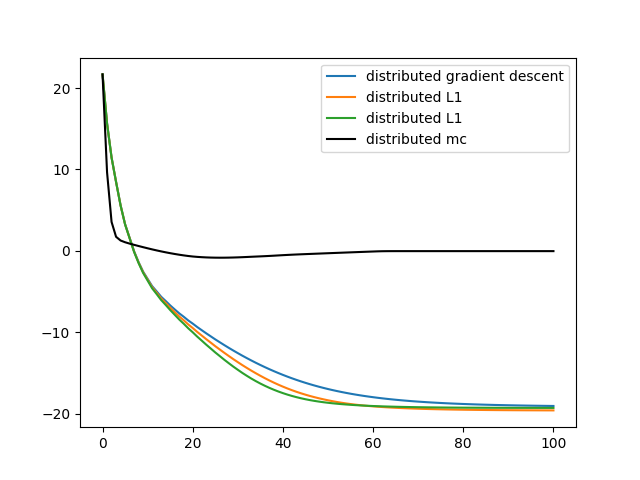
Repository: komuro-zero/distributed-optimization
Script's output: python main_weakly_sparse.py
These files come from the project's save history. The script's output is drawn as it stood at one moment and after the next save; the edit follows.
Random numbers start from a fixed seed.

Above is the script's output before, as saved 2019-09-27 09:50:28.

### main_weakly_sparse.py
import numpy as np
import matplotlib.pyplot as plt
from numpy.random import *
from modules.distributed_functions_wj import functions


np.random.seed(0)
class distributed_updates(functions):


    def __init__(self):

        self.N = 30
        self.m = 100
        self.r_i = 15
        self.iteration = 100
        self.sparsity_percentage = 0.2
        #self.lamb = 10**-3
        #self.eta = 0.2
        #self.rho = s
        #self.lamb*(10**2)
        self.lamb = 1
        self.eta = 0.003
        self.rho = self.lamb*(1**2)
        if self.lamb/self.rho <= self.eta*self.lamb:
            print("faulty rho")
            exit()

    def make_variables(self):
        """
        w_star,U_all,d_allを返㝙
        """
        how_weak = 0.1
        w = randn(self.N,1)
        w_star = self.w_star_weakly_sparse(self.N,self.sparsity_percentage,how_weak)
        U_all = randn(self.m,self.N)
        w_star_noise = w_star +randn(self.N,1)/100
        #w_star_noise = w_star_noise/np.dot(w_star_noise.T,w_star_noise)
        d_all = np.dot(U_all,w_star_noise)
        L2 = np.dot(w_star.T,w_star)

        return w,w_star,U_all,d_all,L2,w_star_noise

    def run(self):
        w,w_star,U_all,d_all,L2,w_star_noise = self.make_variables()
        c = self.undirected_graph(self.m,self.r_i)
        self.disjoint_checker(c,self.m)
        w_all = self.make_w(self.m,self.N)

        #error_cgd,wcgd = self.centralized_gradient_descent(U_all,d_all,w,w_star,L2,0.003,self.iteration)
        #error,wcl1 = self.centralized_L1(U_all,d_all,w,w_star,L2,0.003,0.003,self.iteration)
        #error,wcmc = self.centralized_mc(U_all,d_all,w,w_star,L2,self.lamb,self.eta,self.rho,self.iteration)
        #self.distributed_gradient_descent_wj(U_all,d_all,w_star,L2,self.N,self.m,self.r_i,0.25,self.iteration,c,w_all,wcgd)
        #self.distributed_L1_wj(U_all,d_all,w_star,L2,self.N,self.m,self.r_i,10**-4,0.24,self.iteration,c,w_all,wcl1)
        #self.distributed_mc_wj(U_all,d_all,w_star,L2,self.N,self.m,self.r_i,self.lamb,self.eta,self.rho,self.iteration,c,w_all,wcmc)
        self.distributed_gradient_descent(U_all,d_all,w_star,L2,self.N,self.m,self.r_i,0.17,self.iteration,c,w_all)
        self.distributed_L1(U_all,d_all,w_star,L2,self.N,self.m,self.r_i,5*10**-4,0.17,self.iteration,c,w_all)
        self.distributed_L1(U_all,d_all,w_star,L2,self.N,self.m,self.r_i,10**-3,0.17,self.iteration,c,w_all)
        self.distributed_mc(U_all,d_all,w_star,L2,self.N,self.m,self.r_i,self.lamb,self.eta,self.rho,self.iteration,c,w_all)

        #error = [cgd[-1],cl1,cmc[-1],dgd[-1],dl1[-1],dmc[-1]]
        #return error[-1]#w_star,w_star_noise,wcgd,wcl1,wcmc

"""
    #not completed
    def run_distributed(self):
        w,w_star,U_all,d_all,L2 = self.make_variables()

        lamb_l1 = 9*10**-5
        lamb_mc = 10**-3
        eta_gd = 0.1
        eta_l1 = 0.09
        eta_mc = 0.01

        self.distributed(U_all,d_all,w_star,L2,self.N,self.m,self.r_i,lamb_l1,lamb_mc,eta_gd,eta_l1,eta_mc,self.rho,self.iteration)
"""


if __name__ == "__main__":
    simulation = distributed_updates()
    cgd=cl1=cmc=dgd=dl1=dmc=[]
    for i in range(1):
        simulation.run()
        #cgd.append(error)
        """
        error = simulation.run()
        cgd.append(error[0])
        cl1.append(error[1])
        cmc.append(error[2])
        dgd.append(error[3])
        dl1.append(error[4])
        dmc.append(error[5])

        print("iteration:",i)
        """
    #times = range(len(cgd))

    #print("average:",sum(cgd)/len(cgd),"\n max:",max(cgd))
    #print("w_star:",w_star,"\nwcgd:",wcgd-w_star_noise,"\nwcl1:",wcl1-w_star_noise,"\nwcmc:",wcmc-w_star_noise)
    #plt.bar(times,cgd)
    plt.legend()
    plt.show()

### modules/distributed_functions_wj.py
#functions used in each simulations
import numpy as np
from numpy.random import *
import matplotlib.pyplot as plt

#np.random.seed(0)

class functions():
	def w_star(self,N,sparse_percentage):
		w_star = randn(N,1)     #平均は0
		before_length = len(w_star)
		after_length = before_length
		while (after_length / before_length) > sparse_percentage:
			a = randint(0,N-1)
			w_star[a] = 0
			after_length = len(np.unique(w_star))-1  #重複要素の削除
		return w_star

	def w_star_weakly_sparse(self,N,sparse_percentage,how_weak):
		w_star = randn(N,1)     #平均は0
		before_length = len(w_star)
		after_length = before_length
		while (after_length / before_length) > sparse_percentage:
			a = randint(0,N-1)
			w_star[a] = 0
			after_length = len(np.unique(w_star))-1  #重複要素の削除
		w_star_prox = np.zeros((len(w_star),1))
		for i in range(len(w_star)):
			if w_star[i] == 0:
				w_star_prox[i] = randn()
		w_star_prox = w_star_prox/np.dot(w_star_prox.T,w_star_prox)
		w_star = w_star/np.dot(w_star.T,w_star)
		w_star += how_weak*w_star_prox
		return w_star

	def w_star_weakly_sparse_sample(self,N,sparse_percentage):
		w_star = self.w_star(N,sparse_percentage)
		for i in range(len(w_star)):
			if w_star[i] == 0:
				w_star[i] = 0.0001
			else:
				w_star[i] = 1
		return w_star

	def db(self,x, y):
		db = 10 * np.log10(x / y)
		return db[0][0]

	def directed_graph(self,m,r_i):
		c = np.eye(m)
		for j in range(m):
			counter = 0
			while counter != r_i:
				random_num = np.random.randint(0,m)
				if c[j][random_num] != 1:
					c[j][random_num] = 1
					counter += 1
		return c

	def disjointed_directed_graph(self,m,r_i):
		a = [1]*r_i
		b = [0]*(m-r_i)
		a.extend(b)
		c = [1]*r_i
		d = [0]*(m-r_i)
		d.extend(c)
		aa = [a]*int(m/2)
		dd = [d]*int(m/2)
		dd.extend(aa)
		result = np.array(dd)
		for i in range(len(result)):
			result[i][i]=1
		return result

	def make_range(self,m):
		result =[]
		for i in range(m):
			result.append(i)
		return result

	def make_checklist(self,r_i,m):
		untidy_result = self.make_range(m)
		for i in range(r_i-1):
			untidy_result[0:0] = self.make_range(m)
		return sorted(untidy_result)

	def horizontal_checker(self,c,place,r_i):
		count = 0
		for row in c:
			if row[place] == 1:
				count += 1
		if count == r_i+1:
			result = False
		elif count < r_i+1:
			result = True
		else:
			print(c)
			print("faulty horizontal number")
			exit()
		return result

	def undirected_graph(self,m,r_i):
		c = np.eye(m)
		checklist = self.make_checklist(r_i,m)
		for i in range(m):
			connected = sum(x == 1 for x in c[i])
			while connected < r_i:
				select = np.random.randint(len(checklist))
				connect_node = checklist[select]
				if c[i][connect_node] != 1 and self.horizontal_checker(c,connect_node,r_i):
					c[i][connect_node] = 1
					connected += 1
					c[connect_node][i] =1
					checklist.pop(select)
		return c

	def find_ones(self,row):
		result = [i for i, element in enumerate(row) if element == 1]
		return result

	def all_connections(self,c_list):
		result = []
		for row in c_list:
			result.append(self.find_ones(row))
		return result

	def delete_self(self,all_connection):
		for i in range(len(all_connection)):
			all_connection[i].remove(i)
		return all_connection

	def disjoint_checker(self,c,m):
		c_list = c.tolist()
		all_connection = self.all_connections(c_list)
		adjacent_matrix = self.delete_self(all_connection)
		check_node = adjacent_matrix[0]
		connected_node = adjacent_matrix[0]
		last_length = len(connected_node)
		check_node_box = []
		count = 1

		flag = True
		while flag:
			for i in check_node:
				check_node_box[0:0] = (all_connection[i])
			common_part = list(set(check_node_box) & set(connected_node))
			check_node = list(set(check_node_box) - set(common_part))
			connected_node[0:0] = check_node_box
			connected_node = list(set(connected_node))
			check_node_box = []
			now_length = len(connected_node)
			if now_length == last_length:
				flag = False
			count += 1
			if count > m or len(connected_node) == m:
				flag = False
			last_length = now_length
		if len(connected_node) == m:
			print("Your graph is not disjoint")
		else:
			print("Your graph is disjoint. connected nodes:",now_length)

	def w_average(self,w_all,w_star):
		result = [0]*len(w_all[0])
		for row in w_all:
			result += row
		result = result/len(w_all)
		x = range(len(result))
		#fig = plt.figure()
		#plt.plot(x,w_star,color = "black",label = "w_star")
		#plt.plot(x,result,color = "red",label = "w_average")
		#plt.show()
		return result

	def make_w(self,m,N):
		w = randn(N,1).T
		for i in range(m-1):
			w = np.concatenate((w,randn(N,1).T))
		return w

	def centralized_gradient_descent(self,Ut,d,w,w_star,L2,eta,iteration):
		error = [self.db(np.dot((w-w_star).T,w-w_star)[0],L2)]
		times = [0]
		one_error =0
		U = Ut.T
		for i in range(iteration):
			w = w - 2*eta*(np.dot(U,(np.dot(Ut,w)-d)))
			one_error = np.dot((w-w_star).T,w-w_star)[0]
			error.append(self.db(one_error,L2))
			times.append(i+1)
		plt.plot(times,error,label = "centralized gradient descent")
		return error,w

	def centralized_L1(self,Ut,d,w,w_star,L2,lamb,eta,iteration):
		error = [self.db(np.dot((w-w_star).T,w-w_star)[0],L2)]
		times = [0]
		one_error =0
		U = Ut.T
		for i in range(iteration):
			w = w - 2*eta*(np.dot(U,(np.dot(Ut,w)-d)))
			for j in range(len(w)):
				if w[j] > 0 and lamb < abs(w[j]):
					w[j] -= lamb
				elif w[j] < 0 and lamb < abs(w[j]):
					w[j] += lamb
				else:
					w[j] = 0
			one_error = np.dot((w-w_star).T,w-w_star)[0]
			error.append(self.db(one_error,L2))
			times.append(i+1)
		exec("plt.plot(times,error,label = 'centralized_L1')")
		return error,w

	def centralized_mc(self,Ut,d,w,w_star,L2,lamb,eta,rho,iteration):
		error = [self.db(np.dot((w-w_star).T,w-w_star)[0],L2)]
		times = [0]
		one_error =0
		U = Ut.T
		for i in range(iteration):
			w = w - 2*eta*(np.dot(U,(np.dot(Ut,w)-d)))
			for j in range(len(w)):
				if abs(w[j]) < eta*lamb:
					w[j] = 0
				elif eta*lamb < abs(w[j]) and abs(w[j]) < lamb/rho:
					w[j] = w[j]*(abs(w[j])-eta*lamb)/(abs(w[j])*(1-eta*rho))
				elif lamb/rho <= abs(w[j]):
					w[j] = w[j]
				else:
					print("banana")
			one_error = np.dot((w-w_star).T,w-w_star)[0]
			error.append(self.db(one_error,L2))
			times.append(i+1)
			one_error = 0
		plt.plot(times,error,label = "centralized_mc")
		return error,w

	def one_gradient_descent(self,Ut,d,w,eta):
		U = Ut.T
		w = w - 2*eta*((U*(np.dot(Ut,w)-d)))
		return w

	def one_L1(self,Ut,d,w,lamb,eta):
		U = Ut.T
		w = w - 2*eta*((U*(np.dot(Ut,w)-d)))
		for j in range(len(w)):
			if w[j] > 0 and lamb < abs(w[j]):
				w[j] -= lamb
			elif w[j] < 0 and lamb < abs(w[j]):
				w[j] += lamb
			else:
				w[j] = 0
		return w

	def one_mc(self,Ut,d,w,lamb,eta,rho):
		U = Ut.T
		w = w - 2*eta*((U*(np.dot(Ut,w)-d)))
		for j in range(len(w)):
			if abs(w[j]) <= eta*lamb:
				w[j] = 0
			elif eta*lamb < abs(w[j]) and abs(w[j]) < lamb/rho:
				w[j] = w[j]*(abs(w[j])-eta*lamb)/(abs(w[j])*(1-eta*rho))
			elif lamb/rho <= abs(w[j]):
				w[j] = w[j]
			else:
				print("banana")
		return w

	def distributed_gradient_descent(self,Ut,d,w_star,L2,N,m,r_i,eta,iteration,c,w_all_f):
		average_error = [0]
		for i in range(1,m+1,1):
			exec("u_%d = Ut[%d]" % (i,i-1))
			exec("d_%d = d[%d][0]" % (i,i-1))
			exec("w_%d = np.reshape(w_all_f[%d],(N,1)).ravel() " % (i,i-1))
			exec("w_next_%d = w_%d" % (i,i))
			exec("error_w_%d = []" % (i))
			exec("one_error_%d =[]" % (i))
			exec("average_error[0] += self.db(np.dot((w_%d-w_star.ravel()).T,w_%d-w_star.ravel()),L2)"%(i,i))
		average_error[0] = average_error[0]/m
		times = [0]
		for i in range(iteration):
			for j in range(1,m+1,1):
				exec("w_%d = self.one_gradient_descent(u_%d,d_%d,w_%d,eta)" % (j,j,j,j))
				exec("w_next_%d = w_%d" % (j,j))
			exec("w_all = [w_next_1]")
			for j in range(2,m+1):
				exec("w_all = np.concatenate((w_all,[w_next_%d]))" %(j))
			exec("average = (1/(r_i+1))*np.dot(c,w_all)")
			for j in range(1,m+1,1):
				exec("w_%d = average[%d]" % (j,j-1))
			for j in range(1,m+1,1):
				exec("one_error_%d = np.dot((w_%d-w_star.ravel()).T,w_%d-w_star.ravel())" % (j,j,j))
				exec("error_w_%d.append(self.db(one_error_%d,L2))" % (j,j))
			times.append(i+1)
		exec("w_all_f = w_all")
		for i in range(iteration):
			exec("average_error.append(error_w_1[%d])" % (i))
			for j in range(2,m+1,1):
				exec("average_error[%d] += error_w_%d[%d]" % (i+1,j,i))
			average_error[i+1] = average_error[i+1]/m
		plt.plot(times,average_error,label = 'distributed gradient descent')
		plt.legend()
		exec("w_average = self.w_average(w_all,w_star)")
		return average_error,w_all_f

	def distributed_L1(self,Ut,d,w_star,L2,N,m,r_i,lamb,eta,iteration,c,w_all_f):
		average_error = [0]
		for i in range(1,m+1,1):
			exec("u_%d = Ut[%d]" % (i,i-1))
			exec("d_%d = d[%d][0]" % (i,i-1))
			exec("w_%d = np.reshape(w_all_f[%d],(N,1)).ravel() " % (i,i-1))
			exec("w_next_%d = w_%d" % (i,i))
			exec("error_w_%d = []" % (i))
			exec("one_error_%d =[]" % (i))
			exec("average_error[0] += self.db(np.dot((w_%d-w_star.ravel()).T,w_%d-w_star.ravel()),L2)"%(i,i))
		average_error[0] = average_error[0]/m

		times = [0]
		for i in range(iteration):
			for j in range(1,m+1,1):
				exec("w_%d = self.one_L1(u_%d,d_%d,w_%d,lamb,eta)" % (j,j,j,j))
				exec("w_next_%d = w_%d" % (j,j))
			exec("w_all = [w_next_1]")
			for j in range(2,m+1):
				exec("w_all = np.concatenate((w_all,[w_next_%d]))" %(j))
			exec("average = (1/(r_i+1))*np.dot(c,w_all)")
			for j in range(1,m+1,1):
				exec("w_%d = average[%d]" % (j,j-1))
			for j in range(1,m+1,1):
				exec("one_error_%d = np.dot((w_%d-w_star.ravel()).T,w_%d-w_star.ravel())" % (j,j,j))
				exec("error_w_%d.append(self.db(one_error_%d,L2))" % (j,j))
			times.append(i+1)
		for i in range(iteration):
			exec("average_error.append(error_w_1[%d])" % (i))
			for j in range(2,m+1,1):
				exec("average_error[%d] += error_w_%d[%d]" % (i+1,j,i))
			average_error[i+1] = average_error[i+1]/m
		plt.plot(times,average_error,label = 'distributed L1')
		plt.legend()
		exec("w_average = self.w_average(w_all,w_star)")
		return average_error

	def distributed_mc(self,Ut,d,w_star,L2,N,m,r_i,lamb,eta,rho,iteration,c,w_all_f):
		average_error = [0]
		for i in range(1,m+1,1):
			exec("u_%d = Ut[%d]" % (i,i-1))
			exec("d_%d = d[%d][0]" % (i,i-1))
			exec("w_%d = np.reshape(w_all_f[%d],(N,1)).ravel() " % (i,i-1))
			exec("w_next_%d = w_%d" % (i,i))
			exec("error_w_%d = []" % (i))
			#exec("error_w_%d = [self.db(np.dot((w_%d-w_star.ravel()).T,w_%d-w_star.ravel()),L2)]" % (i,i,i))
			exec("one_error_%d =[]" % (i))
			exec("average_error[0] += self.db(np.dot((w_%d-w_star.ravel()).T,w_%d-w_star.ravel()),L2)"%(i,i))
		average_error[0] = average_error[0]/m
		times = [0]
		for i in range(iteration):
			for j in range(1,m+1,1):
				exec("w_%d = self.one_mc(u_%d,d_%d,w_%d,lamb,eta,rho)" % (j,j,j,j))
				exec("w_next_%d = w_%d" % (j,j))
			exec("w_all = [w_next_1]")
			for j in range(2,m+1):
				exec("w_all = np.concatenate((w_all,[w_next_%d]))" %(j))
			exec("average = (1/(r_i+1))*np.dot(c,w_all)")
			for j in range(1,m+1,1):
				exec("w_%d = average[%d]" % (j,j-1))
			for j in range(1,m+1,1):
				exec("one_error_%d = np.dot((w_%d-w_star.ravel()).T,w_%d-w_star.ravel())" % (j,j,j))
				exec("error_w_%d.append(self.db(one_error_%d,L2))" % (j,j))
			times.append(i+1)
		for i in range(iteration):
			exec("average_error.append(error_w_1[%d])" % (i))
			for j in range(2,m+1,1):
				exec("average_error[%d] += error_w_%d[%d]" % (i+1,j,i))
			average_error[i+1] = average_error[i+1]/m
		#for i in range(1,m+1):
		#	exec("plt.plot(times,error_w_%d)"%(i))
		plt.plot(times,average_error,label = 'distributed mc',color = "black")
		plt.legend()
		exec("w_average = self.w_average(w_all,w_star)")
		return average_error

	def distributed_gradient_descent_wj(self,Ut,d,w_star,L2,N,m,r_i,eta,iteration,c,w_all_f,wj):
		average_error = [0]
		L2wj = np.dot(wj.T,wj)
		for i in range(1,m+1,1):
			exec("u_%d = Ut[%d]" % (i,i-1))
			exec("d_%d = d[%d][0]" % (i,i-1))
			exec("w_%d = np.reshape(w_all_f[%d],(N,1)).ravel() " % (i,i-1))
			exec("w_next_%d = w_%d" % (i,i))
			exec("error_w_%d = []" % (i))
			exec("one_error_%d =[]" % (i))
			exec("average_error[0] += self.db(np.dot((w_%d-wj.ravel()).T,w_%d-wj.ravel()),L2wj)"%(i,i))
		average_error[0] = average_error[0]/m
		times = [0]
		for i in range(iteration):
			for j in range(1,m+1,1):
				exec("w_%d = self.one_gradient_descent(u_%d,d_%d,w_%d,eta)" % (j,j,j,j))
				exec("w_next_%d = w_%d" % (j,j))
			exec("w_all = [w_next_1]")
			for j in range(2,m+1):
				exec("w_all = np.concatenate((w_all,[w_next_%d]))" %(j))
			exec("average = (1/(r_i+1))*np.dot(c,w_all)")
			for j in range(1,m+1,1):
				exec("w_%d = average[%d]" % (j,j-1))
			for j in range(1,m+1,1):
				exec("one_error_%d = np.dot((w_%d-wj.ravel()).T,w_%d-wj.ravel())" % (j,j,j))
				#exec("print(one_error_%d)"%(j))
				exec("error_w_%d.append(self.db(one_error_%d,L2wj))" % (j,j))
			times.append(i+1)
		for i in range(iteration):
			exec("average_error.append(error_w_1[%d])" % (i))
			for j in range(2,m+1,1):
				exec("average_error[%d] += error_w_%d[%d]" % (i+1,j,i))
			average_error[i+1] = average_error[i+1]/m
		exec("plt.plot(times,average_error,label = 'wj distributed gradient descent')")
		return average_error

	def distributed_L1_wj(self,Ut,d,w_star,L2,N,m,r_i,lamb,eta,iteration,c,w_all_f,wj):
		average_error = [0]
		L2wj = np.dot(wj.T,wj)
		for i in range(1,m+1,1):
			exec("u_%d = Ut[%d]" % (i,i-1))
			exec("d_%d = d[%d][0]" % (i,i-1))
			exec("w_%d = np.reshape(w_all_f[%d],(N,1)).ravel() " % (i,i-1))
			exec("w_next_%d = w_%d" % (i,i))
			exec("error_w_%d = []" % (i))
			exec("one_error_%d =[]" % (i))
			exec("average_error[0] += self.db(np.dot((w_%d-wj.ravel()).T,w_%d-wj.ravel()),L2wj)"%(i,i))
		average_error[0] = average_error[0]/m

		times = [0]
		for i in range(iteration):
			for j in range(1,m+1,1):
				exec("w_%d = self.one_L1(u_%d,d_%d,w_%d,lamb,eta)" % (j,j,j,j))
				exec("w_next_%d = w_%d" % (j,j))
			exec("w_all = [w_next_1]")
			for j in range(2,m+1):
				exec("w_all = np.concatenate((w_all,[w_next_%d]))" %(j))
			exec("average = (1/(r_i+1))*np.dot(c,w_all)")
			for j in range(1,m+1,1):
				exec("w_%d = average[%d]" % (j,j-1))
			for j in range(1,m+1,1):
				exec("one_error_%d = np.dot((w_%d-wj.ravel()).T,w_%d-wj.ravel())" % (j,j,j))
				exec("error_w_%d.append(self.db(one_error_%d,L2wj))" % (j,j))
			times.append(i+1)
		for i in range(iteration):
			exec("average_error.append(error_w_1[%d])" % (i))
			for j in range(2,m+1,1):
				exec("average_error[%d] += error_w_%d[%d]" % (i+1,j,i))
			average_error[i+1] = average_error[i+1]/m
		exec("plt.plot(times,average_error,label = 'wj distributed L1')")
		return average_error

	def distributed_mc_wj(self,Ut,d,w_star,L2,N,m,r_i,lamb,eta,rho,iteration,c,w_all_f,wj):
		average_error = [0]
		L2wj = np.dot(wj.T,wj)
		for i in range(1,m+1,1):
			exec("u_%d = Ut[%d]" % (i,i-1))
			exec("d_%d = d[%d][0]" % (i,i-1))
			exec("w_%d = np.reshape(w_all_f[%d],(N,1)).ravel() " % (i,i-1))
			exec("w_next_%d = w_%d" % (i,i))
			exec("error_w_%d = []" % (i))
			exec("one_error_%d =[]" % (i))
			exec("average_error[0] += self.db(np.dot((w_%d-wj.ravel()).T,w_%d-wj.ravel()),L2wj)"%(i,i))
		average_error[0] = average_error[0]/m
		times = [0]
		for i in range(iteration):
			for j in range(1,m+1,1):
				exec("w_%d = self.one_mc(u_%d,d_%d,w_%d,lamb,eta,rho)" % (j,j,j,j))
				exec("w_next_%d = w_%d" % (j,j))
			exec("w_all = [w_next_1]")
			for j in range(2,m+1):
				exec("w_all = np.concatenate((w_all,[w_next_%d]))" %(j))
			exec("average = (1/(r_i+1))*np.dot(c,w_all)")
			for j in range(1,m+1,1):
				exec("w_%d = average[%d]" % (j,j-1))
			for j in range(1,m+1,1):
				exec("one_error_%d = np.dot((w_%d-wj.ravel()).T,w_%d-wj.ravel())" % (j,j,j))

				exec("error_w_%d.append(self.db(one_error_%d,L2wj))" % (j,j))
			times.append(i+1)
		for i in range(iteration):
			exec("average_error.append(error_w_1[%d])" % (i))
			for j in range(2,m+1,1):
				exec("average_error[%d] += error_w_%d[%d]" % (i+1,j,i))
			average_error[i+1] = average_error[i+1]/m
		exec("plt.plot(times,average_error,label = 'wj distributed mc')")
		return average_error

After the next save:
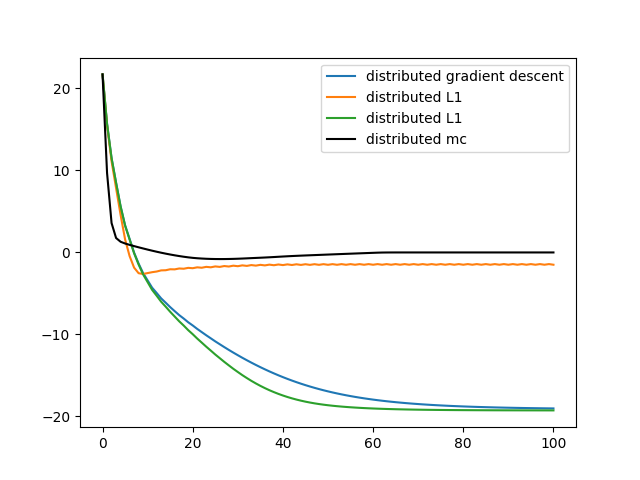
Saved 20 s later.
--- a/main_weakly_sparse.py
+++ b/main_weakly_sparse.py
@@ -54,7 +54,7 @@ class distributed_updates(functions):
         #self.distributed_L1_wj(U_all,d_all,w_star,L2,self.N,self.m,self.r_i,10**-4,0.24,self.iteration,c,w_all,wcl1)
         #self.distributed_mc_wj(U_all,d_all,w_star,L2,self.N,self.m,self.r_i,self.lamb,self.eta,self.rho,self.iteration,c,w_all,wcmc)
         self.distributed_gradient_descent(U_all,d_all,w_star,L2,self.N,self.m,self.r_i,0.17,self.iteration,c,w_all)
-        self.distributed_L1(U_all,d_all,w_star,L2,self.N,self.m,self.r_i,5*10**-4,0.17,self.iteration,c,w_all)
+        self.distributed_L1(U_all,d_all,w_star,L2,self.N,self.m,self.r_i,5*10**-2,0.17,self.iteration,c,w_all)
         self.distributed_L1(U_all,d_all,w_star,L2,self.N,self.m,self.r_i,10**-3,0.17,self.iteration,c,w_all)
         self.distributed_mc(U_all,d_all,w_star,L2,self.N,self.m,self.r_i,self.lamb,self.eta,self.rho,self.iteration,c,w_all)
 
